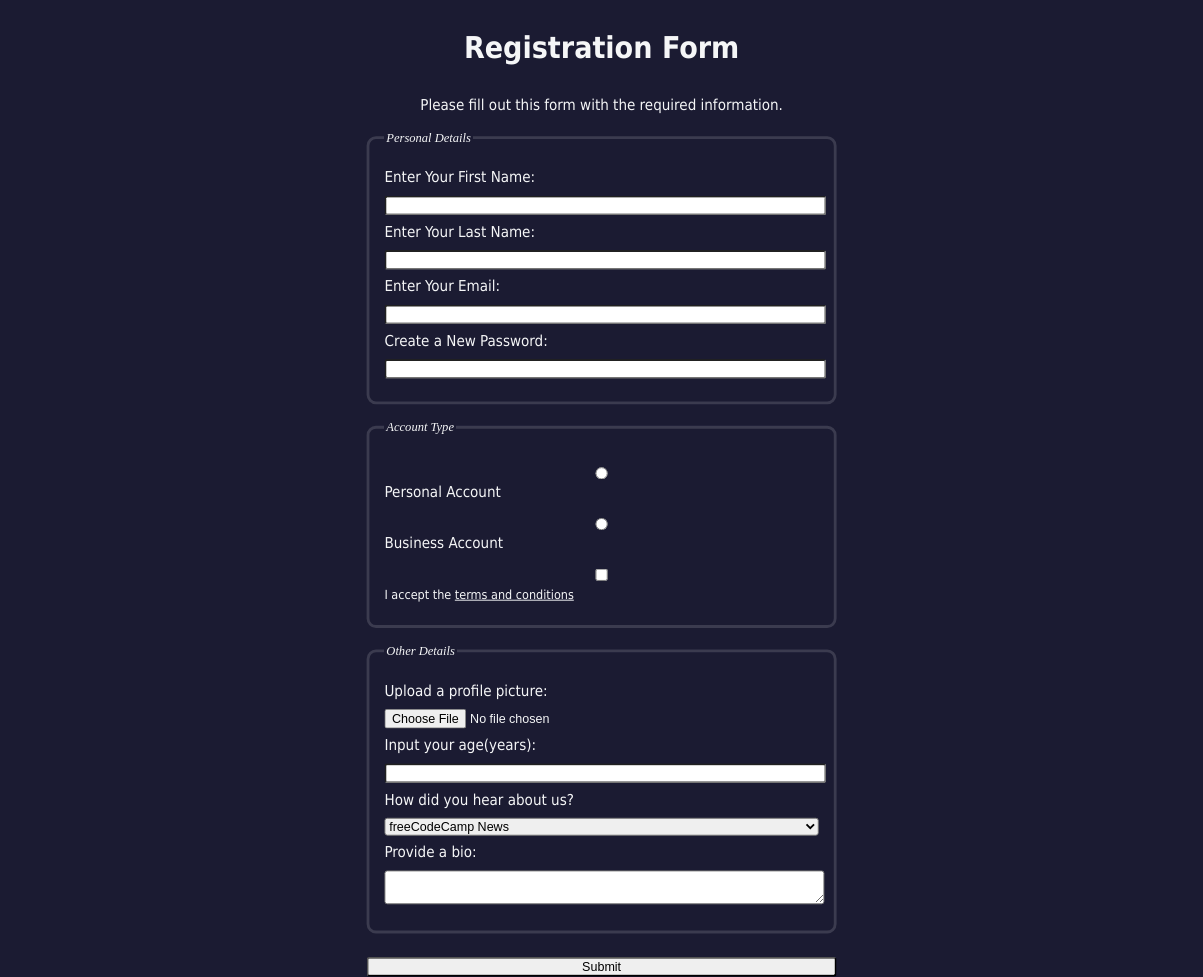
Repository: Lungdjos/registration_form
Page: index.html
An editor plug-in stored every save of this project. The page is shown before and after a run of saves, followed by the edit.
The browser window is 1280 px wide. The pictures show the whole page, at 94% of full size.

Above is the page before, as saved 2023-09-29 09:37:35.

After the next 3 saves:
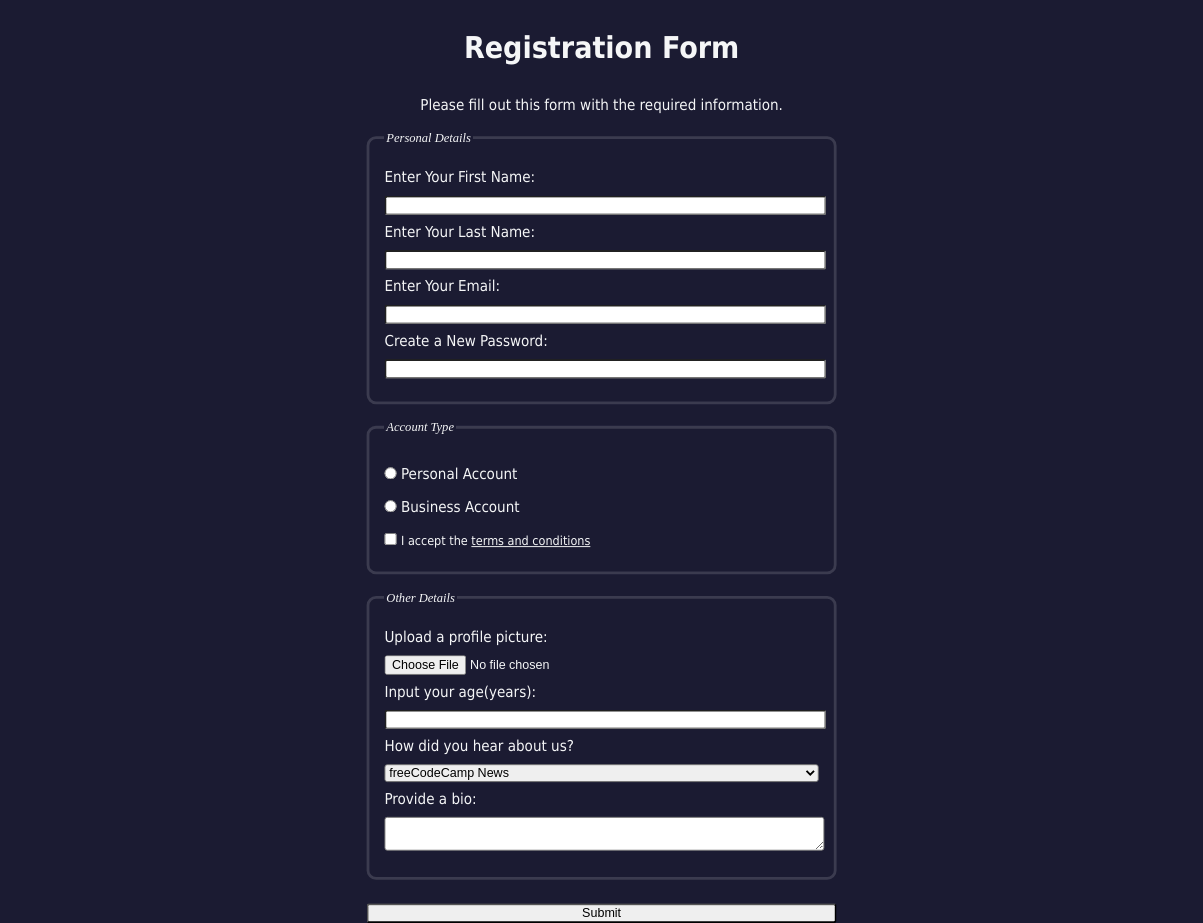
The 3 saves are shown as one change because they came seconds apart.
The last was saved 8 s later.
--- a/indexStyles.css
+++ b/indexStyles.css
@@ -47,7 +47,9 @@ select {
     border-radius: 3px;
 }
 
-.inline {}
+.inline {
+    width: unset;
+}
 
 legend {
     font-style: italic;
